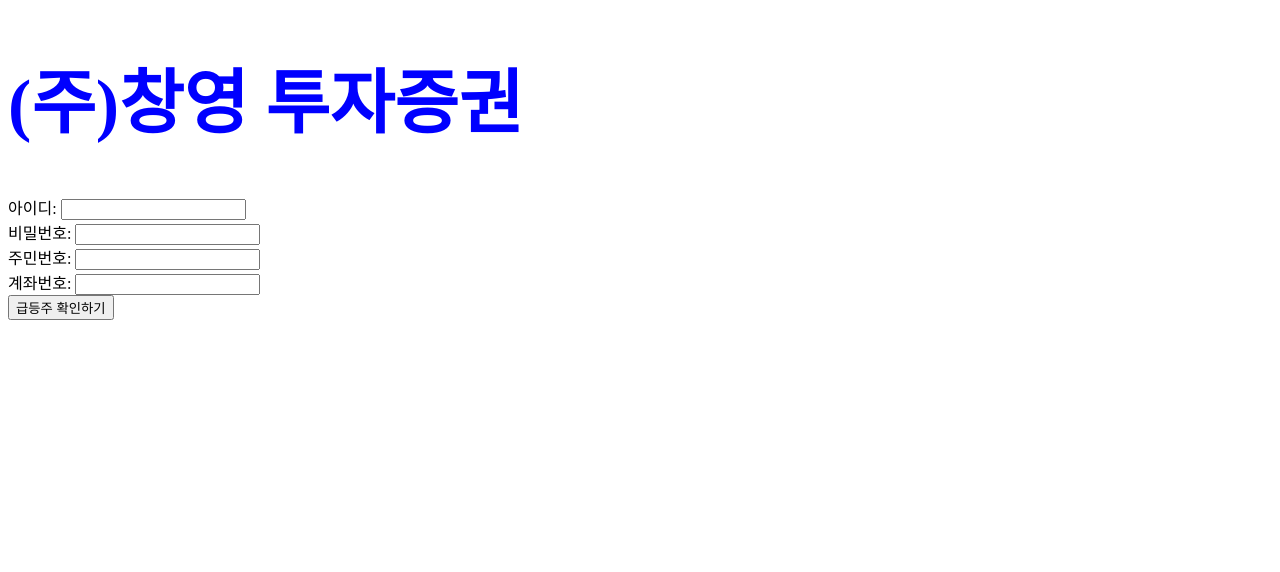
Repository: keeka2/webPractice
Page: MyStudy/HTML_Study/work/0821/WebContent/ex8_form.html
The author's editor kept a copy of each file at every save. The page is drawn from the files as they stood at one save, then again after the next save.
The browser window is 1280 px wide. The pictures show the whole page.

Above is the page before, as saved 2020-08-21 08:10:56.

### MyStudy/HTML_Study/work/0821/WebContent/ex8_form.html
<!DOCTYPE html>
<html>
<head>
<meta charset="UTF-8">
<title>Insert title here</title>
<style>
	header>h1{
		font-size: 70px;
		color: #0000FF;
	}

</style>
</head>
<body>
	<header>
		<h1>(주)창영 투자증권</h1>
	</header>
	<label for="s_id">아이디: </label>
	<input type="text" id="s_id" name="id"/><br/>
	<label for="s_pw">비밀번호: </label>
	<input type="text" id="s_pw" name="pw"/><br/>
	<label for="s_num">주민번호: </label>
	<input type="text" id="s_num" name="num"/><br/>
	<label for="s_account">계좌번호: </label>
	<input type="text" id="s_account" name="account"/><br/>
	<input type="button" value="급등주 확인하기" onclick="test()"/>

</body>
<script>
	function test(){
		alert("꺼억^ㅗ^");
	}
</script>
</html>

After the next save:
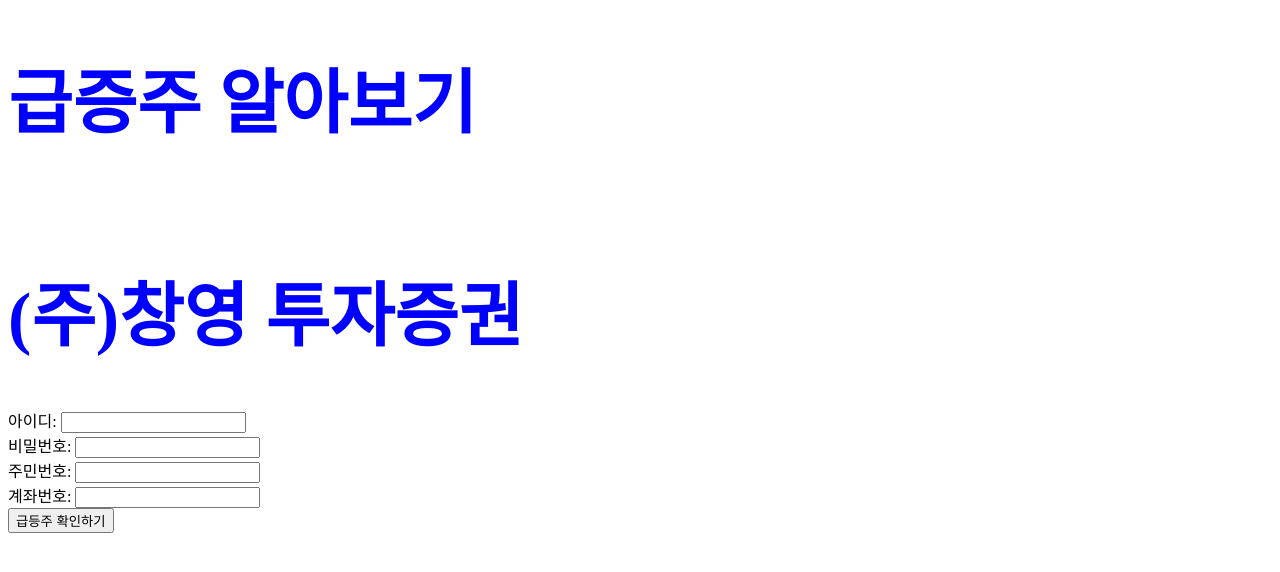
Saved 37 s later.
--- a/MyStudy/HTML_Study/work/0821/WebContent/ex8_form.html
+++ b/MyStudy/HTML_Study/work/0821/WebContent/ex8_form.html
@@ -13,6 +13,7 @@
 </head>
 <body>
 	<header>
+		<h1>급증주 알아보기</h1><br/>
 		<h1>(주)창영 투자증권</h1>
 	</header>
 	<label for="s_id">아이디: </label>

After the save that followed:
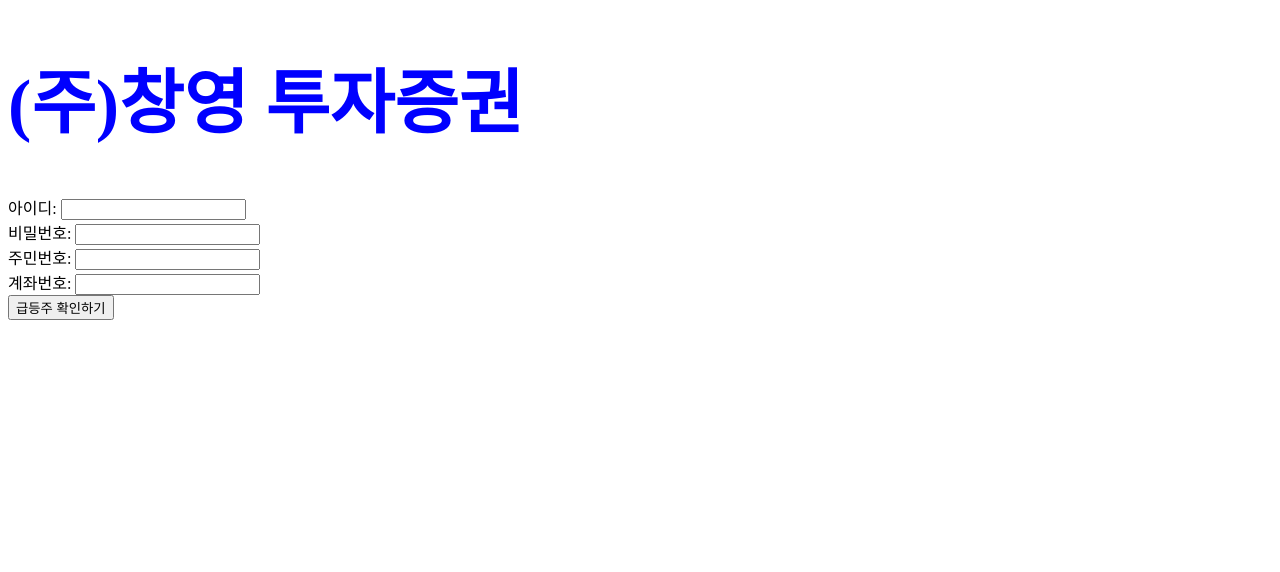
Saved 24 s later.
--- a/MyStudy/HTML_Study/work/0821/WebContent/ex8_form.html
+++ b/MyStudy/HTML_Study/work/0821/WebContent/ex8_form.html
@@ -13,7 +13,6 @@
 </head>
 <body>
 	<header>
-		<h1>급증주 알아보기</h1><br/>
 		<h1>(주)창영 투자증권</h1>
 	</header>
 	<label for="s_id">아이디: </label>
